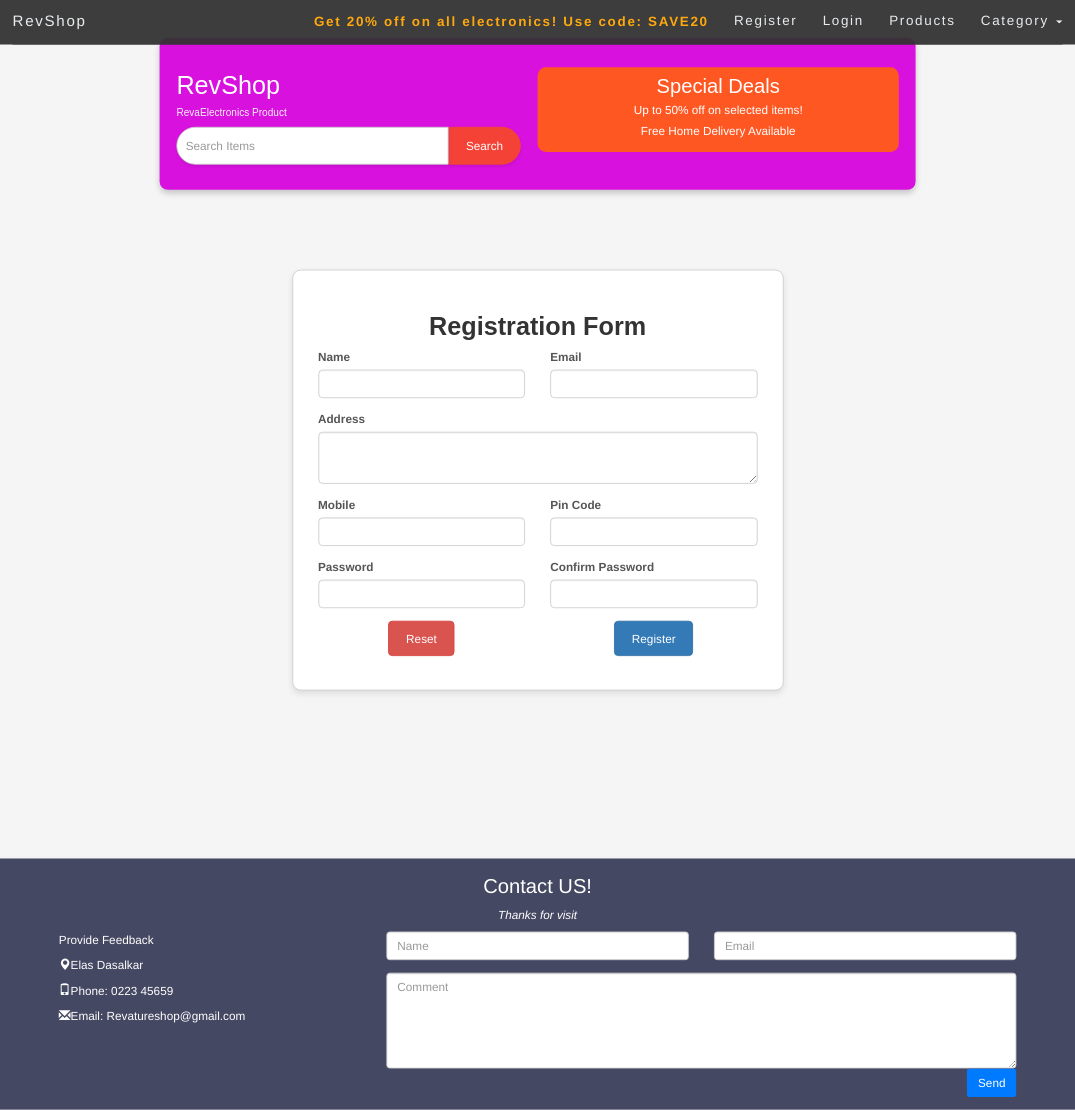
Repository: vilasdasalkar/RevaShop-Project-0
Page: http://localhost/RevShop/register.jsp
These files come from the project's save history. The page is drawn as it stood at one moment and after the next save; the edit follows.
The browser window is 1280 px wide. The pictures show the whole page, at 84% of full size.
The page is served by Tomcat 10. Other server files are loaded and not shown.

Above is the page before, as saved 2024-08-31 02:11:36.

### RevShop/src/main/webapp/register.jsp
<%@ page language="java" contentType="text/html; charset=UTF-8"
    pageEncoding="UTF-8"%>
<!DOCTYPE html>
<html>

<head>
    <meta charset="UTF-8">
    <title>Register</title>
    <link rel="stylesheet" href="https://maxcdn.bootstrapcdn.com/bootstrap/3.4.0/css/bootstrap.min.css">
    <link rel="stylesheet" href="css/changes.css">
    <script src="https://ajax.googleapis.com/ajax/libs/jquery/3.4.1/jquery.min.js"></script>
    <script src="https://maxcdn.bootstrapcdn.com/bootstrap/3.4.0/js/bootstrap.min.js"></script>
</head>

<body style="background-color: #f5f5f5;">

    <%@ include file="header.jsp"%>

    <%
        String message = request.getParameter("message");
    %>

    <div class="container">
        <div class="row" style="margin-top: 50px;">
            <form action="./RegisterServlet" method="post" class="col-md-6 col-md-offset-3"
                style="border: 1px solid #ccc; border-radius: 10px; background-color: #ffffff; padding: 30px; box-shadow: 0 4px 8px rgba(0, 0, 0, 0.1);">
                <div class="text-center">
                    <h2 style="color: #333; font-family: 'Arial', sans-serif; font-weight: bold;">Registration Form</h2>
                    <% if (message != null) { %>
                        <p style="color: red; font-weight: bold;">
                            <%=message%>
                        </p>
                    <% } %>
                </div>

                <div class="row">
                    <div class="col-md-6 form-group">
                        <label for="first_name" style="font-weight: bold; color: #555;">Name</label>
                        <input type="text" name="username" class="form-control" id="first_name" required
                            style="border-radius: 5px; padding: 10px; border: 1px solid #ccc;">
                    </div>
                    <div class="col-md-6 form-group">
                        <label for="email" style="font-weight: bold; color: #555;">Email</label>
                        <input type="email" name="email" class="form-control" id="email" required
                            style="border-radius: 5px; padding: 10px; border: 1px solid #ccc;">
                    </div>
                </div>

                <div class="form-group">
                    <label for="address" style="font-weight: bold; color: #555;">Address</label>
                    <textarea name="address" class="form-control" id="address" required
                        style="border-radius: 5px; padding: 10px; border: 1px solid #ccc;"></textarea>
                </div>

                <div class="row">
                    <div class="col-md-6 form-group">
                        <label for="mobile" style="font-weight: bold; color: #555;">Mobile</label>
                        <input type="number" name="mobile" class="form-control" id="mobile" required
                            style="border-radius: 5px; padding: 10px; border: 1px solid #ccc;">
                    </div>
                    <div class="col-md-6 form-group">
                        <label for="pincode" style="font-weight: bold; color: #555;">Pin Code</label>
                        <input type="number" name="pincode" class="form-control" id="pincode" required
                            style="border-radius: 5px; padding: 10px; border: 1px solid #ccc;">
                    </div>
                </div>

                <div class="row">
                    <div class="col-md-6 form-group">
                        <label for="password" style="font-weight: bold; color: #555;">Password</label>
                        <input type="password" name="password" class="form-control" id="password" required
                            style="border-radius: 5px; padding: 10px; border: 1px solid #ccc;">
                    </div>
                    <div class="col-md-6 form-group">
                        <label for="confirmPassword" style="font-weight: bold; color: #555;">Confirm Password</label>
                        <input type="password" name="confirmPassword" class="form-control" id="confirmPassword" required
                            style="border-radius: 5px; padding: 10px; border: 1px solid #ccc;">
                    </div>
                </div>

                <div class="row text-center">
                    <div class="col-md-6" style="margin-bottom: 10px;">
                        <button type="reset" class="btn btn-danger" style="padding: 10px 20px; border-radius: 5px;">Reset</button>
                    </div>
                    <div class="col-md-6">
                        <button type="submit" class="btn btn-primary" style="padding: 10px 20px; border-radius: 5px;">Register</button>
                    </div>
                </div>
            </form>
        </div>
    </div>

    <%@ include file="footer.html"%>

</body>
</html>

### RevShop/src/main/webapp/header.jsp
<%@ page language="java" contentType="text/html; charset=UTF-8"
    pageEncoding="UTF-8"%>
    <%@ page import="com.revature.service.dao.*, com.revature.service.*"%>
<!DOCTYPE html>
<html>
<head>
<title>Logout Header</title>
<meta charset="utf-8">
<meta name="viewport" content="width=device-width, initial-scale=1">
<link rel="stylesheet"
	href="https://maxcdn.bootstrapcdn.com/bootstrap/3.4.0/css/bootstrap.min.css">
<link rel="stylesheet" href="css/changes.css">
<script
	src="https://ajax.googleapis.com/ajax/libs/jquery/3.4.1/jquery.min.js"></script>
<script
	src="https://maxcdn.bootstrapcdn.com/bootstrap/3.4.0/js/bootstrap.min.js"></script>
<link rel="stylesheet"
	href="https://cdnjs.cloudflare.com/ajax/libs/font-awesome/4.7.0/css/font-awesome.min.css">

</head>
<body style="background-color: #01ff12;font-family: Verdana, sans-serif;">
	<!--Company Header Starting  -->
<div class="left"
    style="margin-top: 45px; background-color: #d811df; color: #10bababa; padding: 20px; border-radius: 10px; box-shadow: 0 4px 8px rgba(0, 0, 0, 0.2); max-width: 900px; margin: 45px auto;">
    <div style="display: flex; justify-content: space-between; align-items: center;">
        <!-- Left side: Search items -->
        <div style="flex: 1; margin-right: 20px;">
            <h2 style="font-family: 'Arial', sans-serif; color: white;">RevShop</h2>
            <h6 style="font-family: 'Arial', sans-serif; color: #f3f3f3;">RevaElectronics Product</h6>
<form class="form-inline" action="index.jsp" method="get">
    <div class="input-group" style="display: flex; width: 100%; align-items: center;">
        <input type="text" class="form-control" name="search"
            placeholder="Search Items" required
            style="flex: 1; border-radius: 30px 0 0 30px; padding: 10px; box-shadow: 0 2px 4px rgba(0, 0, 0, 0.1); border: 1px solid #ccc; height: 45px;">

        <input type="submit" class="btn btn-danger" value="Search"
            style="border-radius: 0 30px 30px 0; padding: 10px 20px; background-color: #f44336; border-color: #f44336; box-shadow: 0 2px 4px rgba(0, 0, 0, 0.1); cursor: pointer; height: 45px;">
    </div>
</form>

        </div>

        <!-- Right side: Special Deals -->
        <div style="flex: 1; background-color: #ff5722; color: white; padding: 10px; border-radius: 10px; text-align: center;">
            <h3 style="margin: 0; font-family: 'Arial', sans-serif;">Special Deals</h3>
            <p style="margin: 5px 0;">Up to 50% off on selected items!</p>
            <p style="margin: 5px 0;">Free Home Delivery Available</p>
        </div>
    </div>
    <p align="right"
        style="color: orange; font-weight: bold; margin-top: 10px; margin-bottom: 5px; font-family: 'Arial', sans-serif;"
        id="message"></p>
</div>



	<!-- Company Header Ending -->

	<%
	/* Checking the user credentials */
	String userType = (String) session.getAttribute("usertype");
	if (userType == null) { //LOGGED OUT
	%>

	<!-- Starting Navigation Bar -->
<nav class="navbar navbar-default navbar-fixed-top navbar-custom" style="background-color: #333;">
    <div class="container-fluid">
        <div class="navbar-header">
            <button type="button" class="navbar-toggle" data-toggle="collapse"
                data-target="#myNavbar">
                <span class="icon-bar"></span>
                <span class="icon-bar"></span>
                <span class="icon-bar"></span>
            </button>
            <a class="navbar-brand" href="index.jsp">RevShop</a>
        </div>
        <div class="collapse navbar-collapse" id="myNavbar" style="background-color: #333;">
            <ul class="nav navbar-nav navbar-right">
                <li><a href="register.jsp">Register</a></li>
                <li><a href="login.jsp">Login</a></li>
                <li><a href="index.jsp">Products</a></li>
                <li class="dropdown"><a class="dropdown-toggle"
                    data-toggle="dropdown" href="#">Category <span class="caret"></span>
                </a>
                    <ul class="dropdown-menu">
                        <li><a href="index.jsp?type=mobile">Mobiles</a></li>
                        <li><a href="index.jsp?type=tv">TVs</a></li>
                        <li><a href="index.jsp?type=laptop">Laptops</a></li>
                        <li><a href="index.jsp?type=camera">Camera</a></li>
                        <li><a href="index.jsp?type=speaker">Speakers</a></li>
                        <li><a href="index.jsp?type=tablet">Tablets</a></li>
                    </ul>
                </li>
            </ul>
            <!-- New div for discount text -->
            <div class="navbar-text navbar-right" style="color: orange; margin-right: 15px;">
                <strong>Get 20% off on all electronics! Use code: SAVE20</strong>
            </div>
        </div>
    </div>
</nav>

	<%
	} else if ("customer".equalsIgnoreCase(userType)) {

	int notf = new CartServiceImpl().getCartCount((String) session.getAttribute("username"));
	%>
	<nav class="navbar navbar-default navbar-fixed-top">

		<div class="container-fluid">
			<div class="navbar-header">
				<button type="button" class="navbar-toggle" data-toggle="collapse"
					data-target="#myNavbar">
					<span class="icon-bar"></span> <span class="icon-bar"></span> <span
						class="icon-bar"></span>
				</button>
				<a class="navbar-brand" href="userHome.jsp"><span
					class="glyphicon glyphicon-home">&nbsp;</span>RevShop</a>
			</div>

			<div class="collapse navbar-collapse" id="myNavbar">
				<ul class="nav navbar-nav navbar-right">
					<li><a href="userHome.jsp"><span
							class="glyphicon glyphicon-home">Products</span></a></li>
					<li class="dropdown"><a class="dropdown-toggle"
						data-toggle="dropdown" href="#">Category <span class="caret"></span>
					</a>
						<ul class="dropdown-menu">
							<li><a href="userHome.jsp?type=mobile">Mobiles</a></li>
							<li><a href="userHome.jsp?type=tv">TV</a></li>
							<li><a href="userHome.jsp?type=laptop">Laptops</a></li>
							<li><a href="userHome.jsp?type=camera">Camera</a></li>
							<li><a href="userHome.jsp?type=speaker">Speakers</a></li>
							<li><a href="userHome.jsp?type=tablet">Tablets</a></li>
						</ul></li>
					<%
					if (notf == 0) {
					%>
					<li><a href="cartDetails.jsp"> <span
							class="glyphicon glyphicon-shopping-cart"></span>Cart
					</a></li>

					<%
					} else {
					%>
					<li><a href="cartDetails.jsp"
						style="margin: 0px; padding: 0px;" id="mycart"><i
							data-count="<%=notf%>"
							class="fa fa-shopping-cart fa-3x icon-white badge"
							style="background-color: #333; margin: 0px; padding: 0px; padding-bottom: 0px; padding-top: 5px;">
						</i></a></li>
					<%
					}
					%>
					<li><a href="orderDetails.jsp">Orders</a></li>
					<li><a href="userProfile.jsp">Profile</a></li>
					<li><a href="./LogoutServlet">Logout</a></li>
				</ul>
			</div>
		</div>
	</nav>
	<%
	} else {
	%>
	<nav class="navbar navbar-default navbar-fixed-top">
		<div class="container-fluid">
			<div class="navbar-header">
				<button type="button" class="navbar-toggle" data-toggle="collapse"
					data-target="#myNavbar">
					<span class="icon-bar"></span> <span class="icon-bar"></span> <span
						class="icon-bar"></span>
				</button>
				<a class="navbar-brand" href="adminViewProduct.jsp"><span
					class="glyphicon glyphicon-home">&nbsp;</span>RevShop</a>
			</div>
			<div class="collapse navbar-collapse" id="myNavbar">
				<ul class="nav navbar-nav navbar-right">
					<li><a href="adminViewProduct.jsp">Products</a></li>
					<li class="dropdown"><a class="dropdown-toggle"
						data-toggle="dropdown" href="#">Category <span class="caret"></span>
					</a>
						<ul class="dropdown-menu">
							<li><a href="adminViewProduct.jsp?type=mobile">Mobiles</a></li>
							<li><a href="adminViewProduct.jsp?type=tv">Tvs</a></li>
							<li><a href="adminViewProduct.jsp?type=laptop">Laptops</a></li>
							<li><a href="adminViewProduct.jsp?type=camera">Camera</a></li>
							<li><a href="adminViewProduct.jsp?type=speaker">Speakers</a></li>
							<li><a href="adminViewProduct.jsp?type=tablet">Tablets</a></li>
						</ul></li>
					<li><a href="adminStock.jsp">Stock</a></li>
					<li><a href="shippedItems.jsp">Shipped</a></li>
					<li><a href="unshippedItems.jsp">Orders</a></li>
					<!-- <li><a href=""> <span class="glyphicon glyphicon-shopping-cart"></span>&nbsp;Cart</a></li> -->
					<li class="dropdown"><a class="dropdown-toggle"
						data-toggle="dropdown" href="#">Update Items <span
							class="caret"></span>
					</a>
						<ul class="dropdown-menu">
							<li><a href="addProduct.jsp">Add Product</a></li>
							<li><a href="removeProduct.jsp">Remove Product</a></li>
							<li><a href="updateProductById.jsp">Update Product</a></li>
						</ul></li>
					<li><a href="./LogoutServlet">Logout</a></li>

				</ul>
			</div>
		</div>
	</nav>
	<%
	}
	%>
	<!-- End of Navigation Bar -->
</body>
</html>

### RevShop/src/main/webapp/footer.html
<!DOCTYPE html>
<html>
<head>
<title>ShopMart</title>
<meta name="viewport" content="width=device-width, initial-scale=1">
<meta charset="utf-8">
<meta name="viewport" content="width=device-width, initial-scale=1">
<link rel="stylesheet"
	href="https://maxcdn.bootstrapcdn.com/bootstrap/3.4.0/css/bootstrap.min.css">
<script
	src="https://ajax.googleapis.com/ajax/libs/jquery/3.4.1/jquery.min.js"></script>
<script
	src="https://maxcdn.bootstrapcdn.com/bootstrap/3.4.0/js/bootstrap.min.js"></script>
<link rel="stylesheet" href="css/changes.css">
</head>
<body style="background-color: rgb(255, 255, 255);">
	<!-- Start the footer Contacts -->
	<!-- <a name="contact"></a> -->
	<div class="container-fluid"
		style="background-color: #454862; color: white; margin-top: 200px;">
		<div class="container">
			<h3 class="text-center">Contact US!</h3>
			<p class="text-center">
				<em>Thanks for visit</em>
			</p>
			<div class="row test">
				<div class="col-md-4">
					<p>Provide Feedback</p>
					<p>
						<span class="glyphicon glyphicon-map-marker"></span>Elas Dasalkar
					</p>
					<p>
						<span class="glyphicon glyphicon-phone"></span>Phone: 0223 45659

					</p>
					<p>
						<span class="glyphicon glyphicon-envelope"></span>Email:
						Revatureshop@gmail.com
					</p>

				</div>
				<div class="col-md-8">
					<form action="fansMessage" method="post">
						<div class="row">
							<div class="col-sm-6 form-group">
								<input class="form-control" id="name" name="name"
									placeholder="Name" type="text" required>
							</div>
							<div class="col-sm-6 form-group">
								<input class="form-control" id="email" name="email"
									placeholder="Email" type="email" required>
							</div>
						</div>
						<textarea class="form-control" id="comments" name="comments"
							placeholder="Comment" rows="5" required></textarea>
						<div class="row">
							<div class="col-md-12 form-group">
								<button class="btn pull-right" type="submit">Send</button>
							</div>
						</div>
					</form>
				</div>
			</div>
		</div>
	</div>
	<!-- End of Contact or about us -->

</body>
</html>

### RevShop/src/main/webapp/css/changes.css
body {
    background-color: #f7f9fc; /* Lighter background for a cleaner look */
}

/* Navbar Styles */
.navbar {
    margin-bottom: 0;
    background-color: #343a40; /* Darker background for the navbar */
    border: 0;
    font-size: 16px; /* Slightly larger font size for better readability */
    letter-spacing: 2px;
    opacity: 0.95; /* Slightly less transparency for better visibility */
}

/* Navbar Links */
.navbar li a, .navbar .navbar-brand {
    color: #e9ecef !important; /* Light color for better contrast */
}

/* Navbar Link Hover */
.navbar-nav li a:hover {
    color: #f39c12 !important; /* Orange color for hover effect */
}

/* Active Navbar Link */
.navbar-nav li.active a {
    color: #ffffff !important;
    background-color: #495057 !important; /* Slightly lighter gray */
}

/* Collapsible Button */
.navbar-default .navbar-toggle {
    border-color: transparent;
}

/* Dropdown Menu */
.open .dropdown-toggle {
    color: #ffffff;
    background-color: #6c757d !important; /* Lighter gray for dropdown toggle */
}

/* Dropdown Links */
.dropdown-menu li a {
    color: #333 !important; /* Dark color for readability */
}

/* Dropdown Hover Links */
.dropdown-menu li a:hover {
    background-color: #f1f1f1 !important; /* Light gray for hover effect */
}

/* Button Styles */
button {
    background-color: #007bff; /* Blue background for buttons */
    color: white;
    font-weight: bold;
    border: 1px solid #007bff;
    padding: 10px 20px;
    border-radius: 5px;
}

button:hover {
    background-color: #0056b3; /* Darker blue on hover */
    color: white;
    border: 1px solid #0056b3;
}

/* Background Colors */
.bg-1 {
    background: #343a40; /* Dark background for sections */
    color: #e9ecef; /* Light text color for contrast */
}

.bg-1 h3 {
    color: #ffffff;
}

.bg-1 p {
    font-style: italic;
}

/* Products Section */
.products {
    background-color: #ffffff; /* White background for product section */
    padding: 20px;
    border-radius: 8px;
    box-shadow: 0 4px 8px rgba(0, 0, 0, 0.1); /* Subtle shadow for depth */
}

/* Jumbotron */
.jumbotron {
    background-color: #28a745; /* Green background for jumbotron */
    color: #ffffff;
    padding: 30px;
    border-radius: 8px;
}

/* Price Tag */
.price {
    color: #e74c3c; /* Red color for price */
    font-weight: bold;
    font-size: 22px; /* Larger font size for prominence */
}

/* Product Name */
.productname {
    color: #2ecc71; /* Green color for product names */
    font-size: 18px;
    font-family: 'Arial', sans-serif;
}

/* Product Info */
.productinfo {
    color: #333; /* Darker color for product info text */
    font-size: 14px;
}

/* Responsive Tabs */
@media only screen and (min-width: 601px) {
    .tab {
        border-radius: 10px;
        background-color: #ffffff;
        font-weight: bold;
        font-size: 22px;
        margin: 20px;
        padding: 20px;
    }
}

@media only screen and (max-width: 600px) {
    .tab {
        border-radius: 10px;
        background-color: #ffffff;
        font-weight: bold;
        font-size: 18px;
        margin: 2%;
        padding: 12px;
    }
}

/* Shopping Cart Notification Badge */
.icon-blue {
    color: #007bff; /* Blue color for icons */
}

.icon-grey {
    color: #6c757d; /* Gray color for inactive icons */
}

i {
    width: 70px;
    height: 50px;
    text-align: center;
    vertical-align: middle;
    position: relative;
}

/* Badge Styling */
.badge:after {
    content: attr(data-count);
    position: absolute;
    background: #e74c3c; /* Red background for badge */
    height: 2rem;
    top: 0.15rem;
    right: 0.15rem;
    width: 2rem;
    text-align: center;
    line-height: 2rem;
    font-size: 1rem;
    border-radius: 50%;
    color: white;
    border: 1px solid #e74c3c;
    font-family: sans-serif;
    font-weight: bold;
}

i.fa::before {
    font-size: 3rem !important;
}

After the next save:
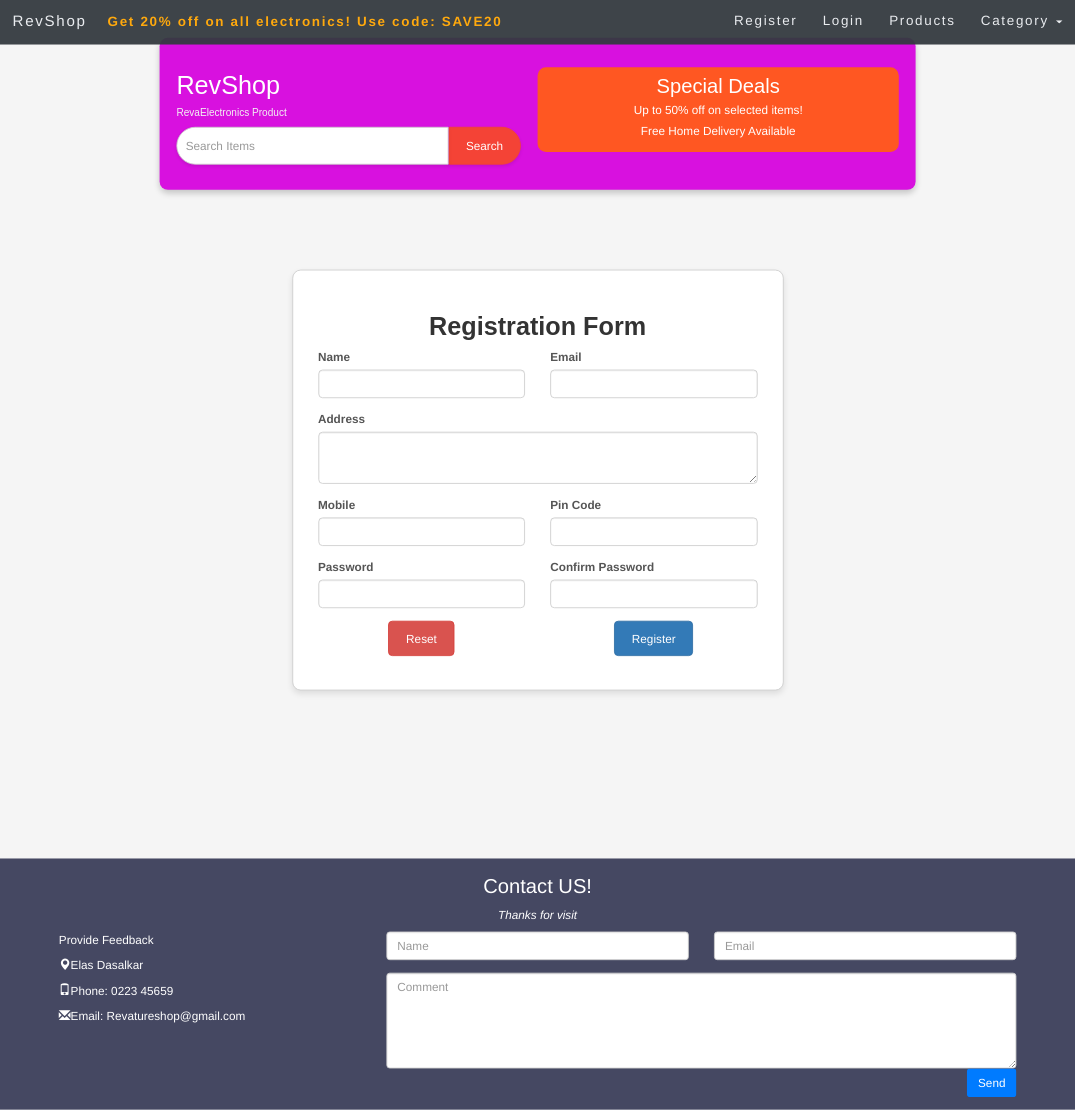
Saved 7 min 8 s later.
--- a/RevShop/src/main/webapp/header.jsp
+++ b/RevShop/src/main/webapp/header.jsp
@@ -63,25 +63,22 @@
 	%>
 
 	<!-- Starting Navigation Bar -->
-<nav class="navbar navbar-default navbar-fixed-top navbar-custom" style="background-color: #333;">
+<nav class="navbar navbar-default navbar-fixed-top navbar-custom">
     <div class="container-fluid">
         <div class="navbar-header">
-            <button type="button" class="navbar-toggle" data-toggle="collapse"
-                data-target="#myNavbar">
+            <button type="button" class="navbar-toggle" data-toggle="collapse" data-target="#myNavbar">
                 <span class="icon-bar"></span>
                 <span class="icon-bar"></span>
                 <span class="icon-bar"></span>
             </button>
             <a class="navbar-brand" href="index.jsp">RevShop</a>
         </div>
-        <div class="collapse navbar-collapse" id="myNavbar" style="background-color: #333;">
+        <div class="collapse navbar-collapse" id="myNavbar">
             <ul class="nav navbar-nav navbar-right">
                 <li><a href="register.jsp">Register</a></li>
                 <li><a href="login.jsp">Login</a></li>
                 <li><a href="index.jsp">Products</a></li>
-                <li class="dropdown"><a class="dropdown-toggle"
-                    data-toggle="dropdown" href="#">Category <span class="caret"></span>
-                </a>
+                <li class="dropdown"><a class="dropdown-toggle" data-toggle="dropdown" href="#">Category <span class="caret"></span></a>
                     <ul class="dropdown-menu">
                         <li><a href="index.jsp?type=mobile">Mobiles</a></li>
                         <li><a href="index.jsp?type=tv">TVs</a></li>
@@ -93,12 +90,13 @@
                 </li>
             </ul>
             <!-- New div for discount text -->
-            <div class="navbar-text navbar-right" style="color: orange; margin-right: 15px;">
+            <div class="navbar-text" style="color: orange; margin-left: 10px;">
                 <strong>Get 20% off on all electronics! Use code: SAVE20</strong>
             </div>
         </div>
     </div>
 </nav>
+
 
 	<%
 	} else if ("customer".equalsIgnoreCase(userType)) {
